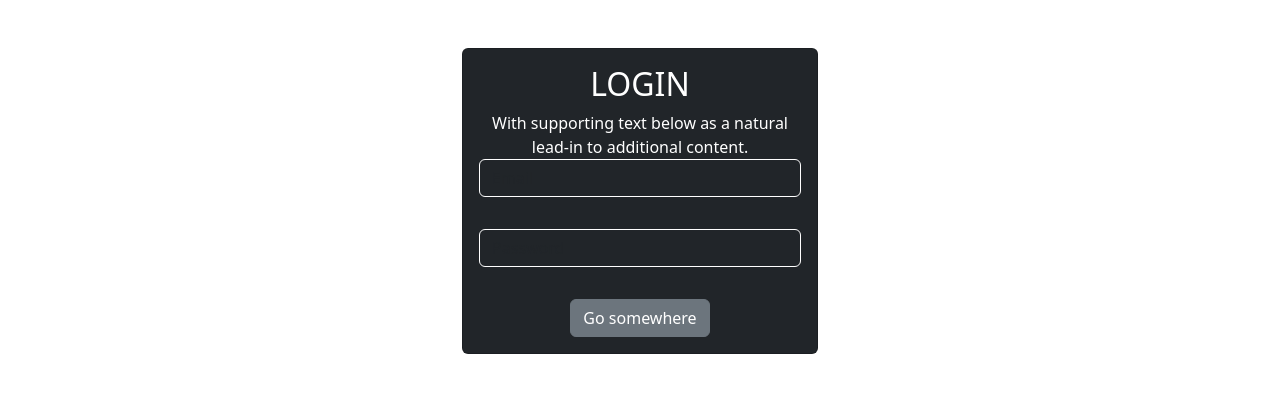
Repository: Rohit1995K/React-redux
Page: /
An editor plug-in stored every save of this project. The page is shown before and after the next save, followed by the edit.
The browser window is 1280 px wide. The pictures show the whole page.
The project was rebuilt for these pictures with package versions that can differ from the ones it lists, and the page was loaded fresh each time. Also part of the build but not shown: src/Components/CartItem.js, src/Containers/CartContainer.js, src/Components/Navbar.js.

Above is the page before, as saved 2022-10-25 12:29:56.

After the next save:
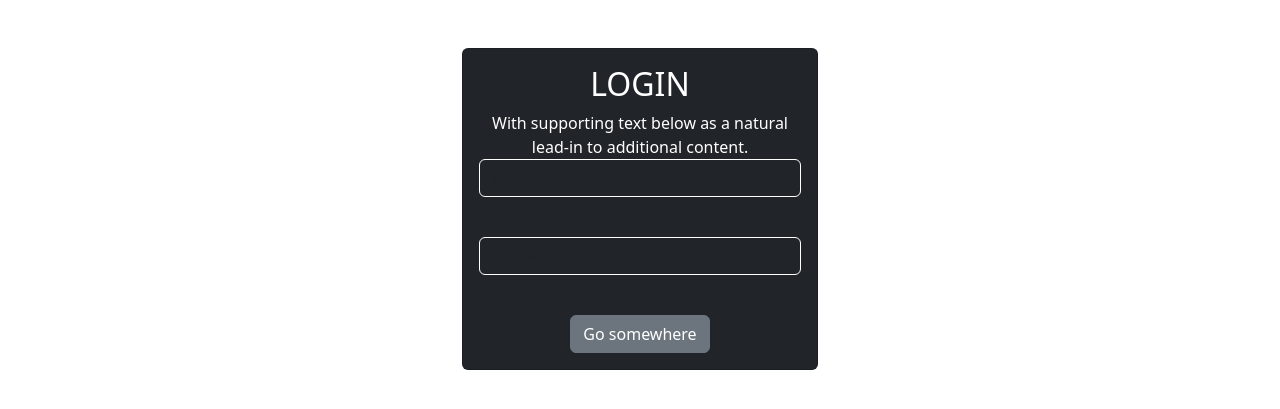
Saved 23 s later.
--- a/src/Components/Login/Login.js
+++ b/src/Components/Login/Login.js
@@ -18,12 +18,12 @@ const Login = () => {
                             With supporting text below as a natural lead-in to additional content.
                             <Form>
                                 <FormGroup row>
-                                    <Col className="mb-3">
+                                    <Col className="mb-4">
                                         <Input id="exampleEmail" name="email" placeholder="Email" type="email"/>
                                     </Col>
                                 </FormGroup>
                                 <FormGroup row>
-                                    <Col className="mb-3">
+                                    <Col className="mb-4">
                                         <Input id="examplePassword" name="password" placeholder="Password" type="password"/>
                                     </Col>
                                 </FormGroup>
